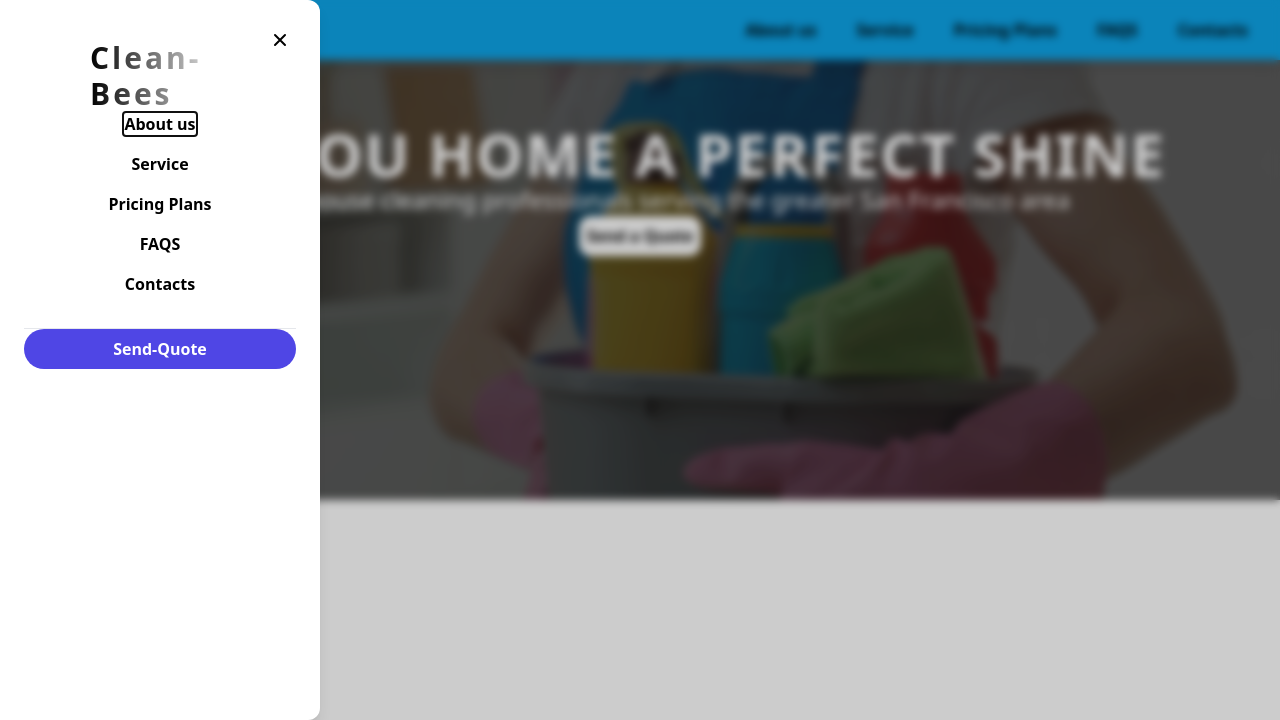
Repository: remydev47/cleanbees
Page: /
An editor plug-in stored every save of this project. The page is shown before and after the next save, followed by the edit.
The browser window is 1280 px wide. The pictures show the whole page.
The project was rebuilt for these pictures with package versions that can differ from the ones it lists, and the page was loaded fresh each time. The framework's server and built-in components were replaced by stand-ins that run in the browser. Also part of the build but not shown: next.config.js.

Above is the page before, as saved 2022-09-15 20:53:10.

After the next save:
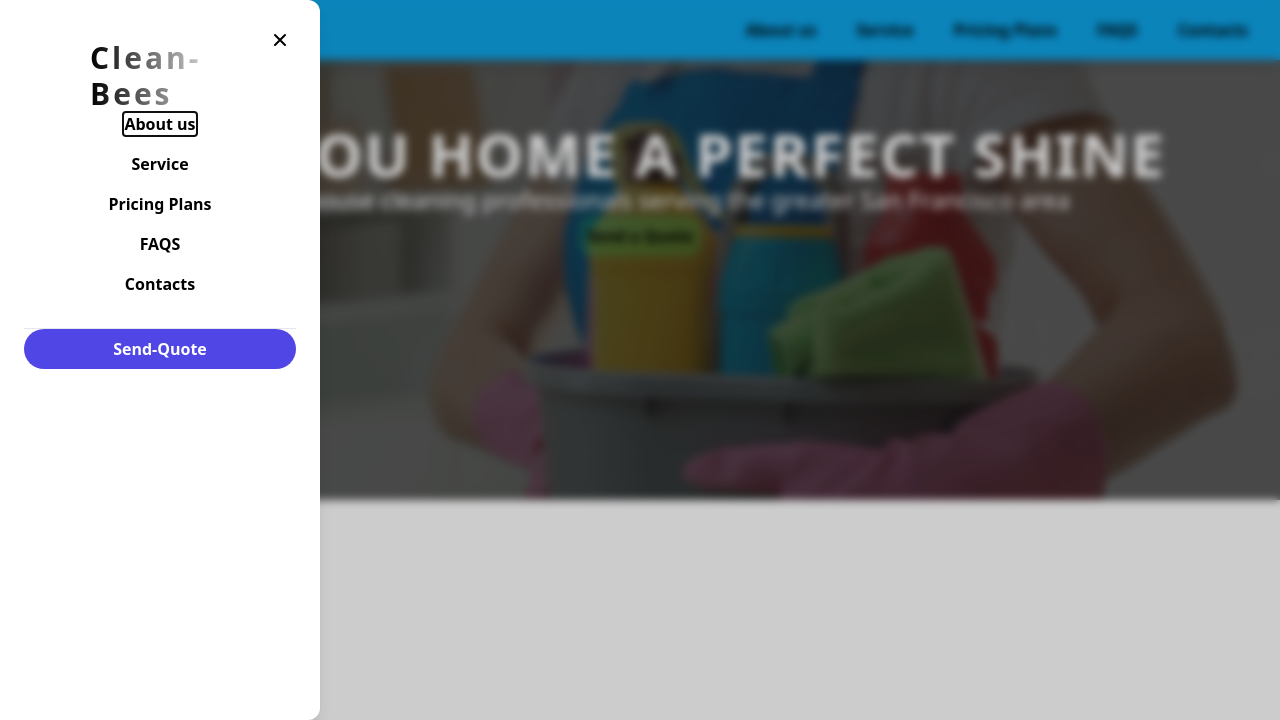
Saved 4 min 45 s later.
--- a/components/Hero.tsx
+++ b/components/Hero.tsx
@@ -19,7 +19,7 @@ const Hero = () => {
                 <span className='text-xl text-white sm:text-2xl'>
                     Reliable house cleaning professionals serving the greater San Francisco area
                 </span>
-                <button className='bg-white text-black font-semibold p-2 rounded-xl'>
+                <button className='bg-green-500/20 text-black font-semibold p-2 rounded-xl'>
                     Send a Quote
                 </button>
               </div>
